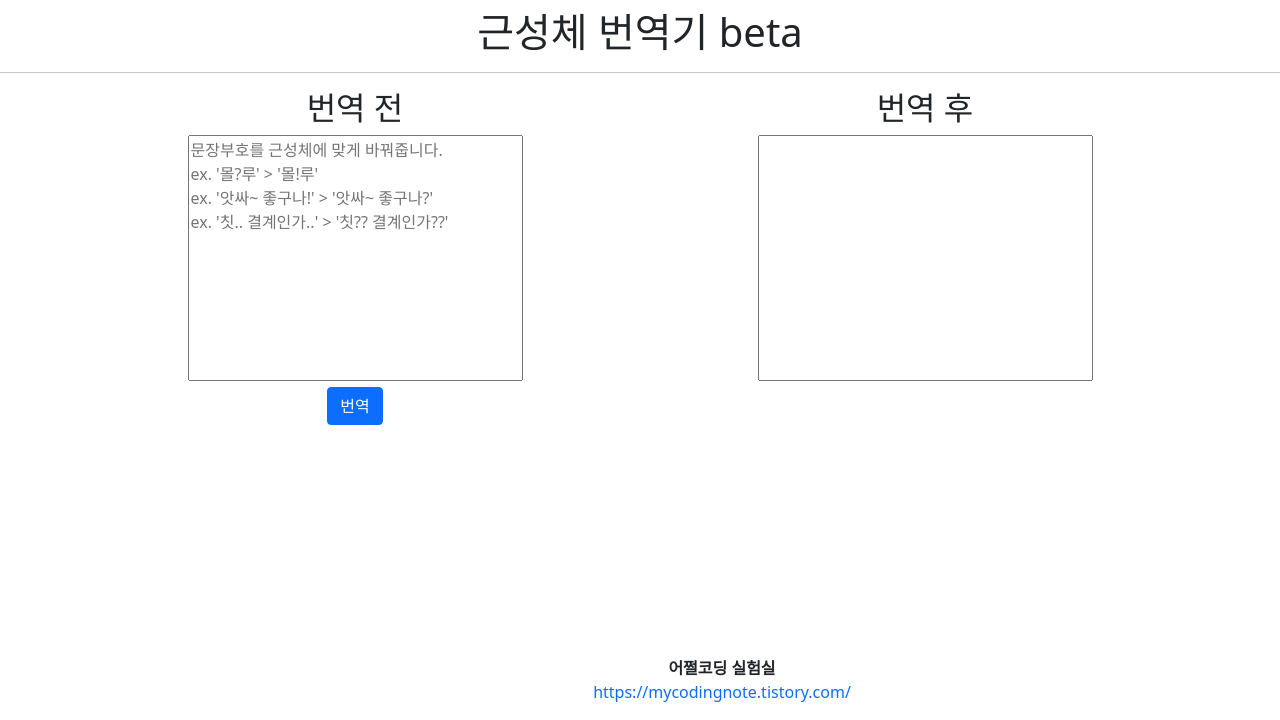
Repository: mickey530/jsp_practice
Page: http://localhost/JSPBasic/sungmo_send.jsp
An editor plug-in stored every save of this project. The page is shown before and after the next save, followed by the edit.
The browser window is 1280 px wide. The pictures show the whole page.
The page is served by Tomcat 9.

Above is the page before, as saved 2022-02-05 17:14:14.

After the next save:
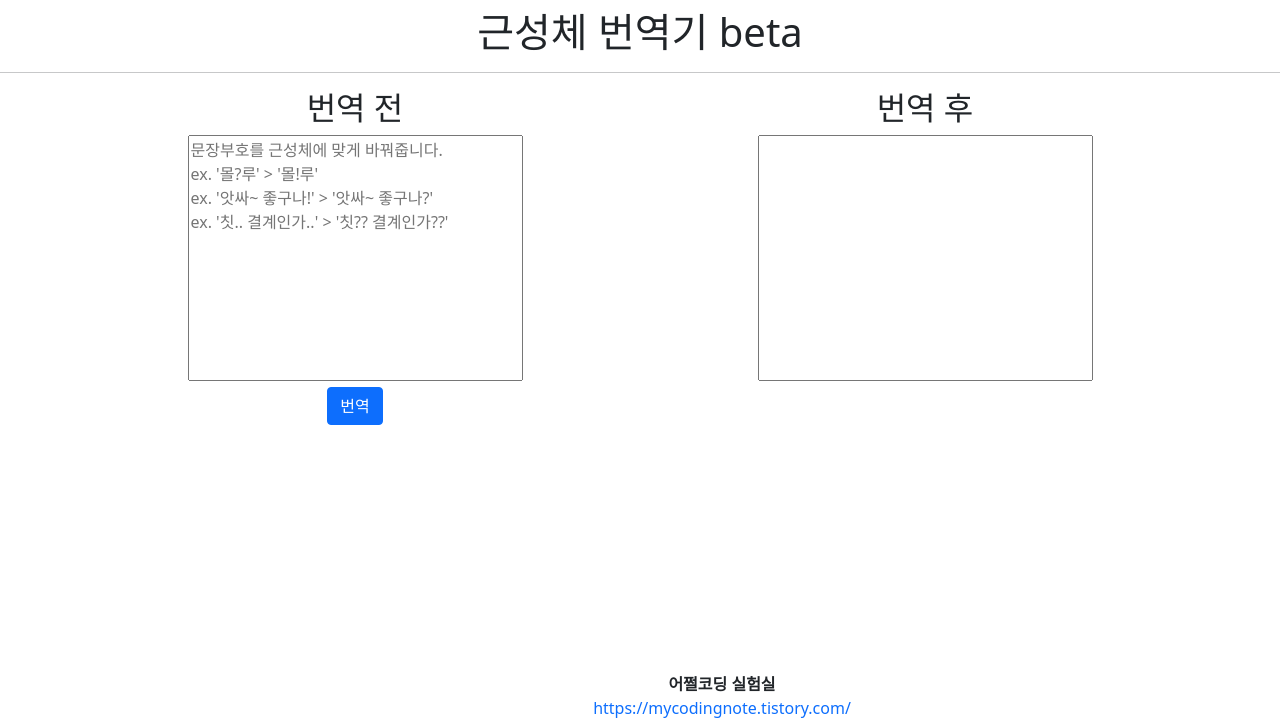
Saved 43 s later.
--- a/JSPBasic/src/main/webapp/sungmo_send.jsp
+++ b/JSPBasic/src/main/webapp/sungmo_send.jsp
@@ -59,12 +59,9 @@
 </div>
 
 <footer>
-	<address>
 	<strong>어쩔코딩 실험실</strong><br/>
 	<a href="https://mycodingnote.tistory.com/">https://mycodingnote.tistory.com/</a>
-
-	</address>
-</footer>
+	</footer>
 
 </body>
 </html>
